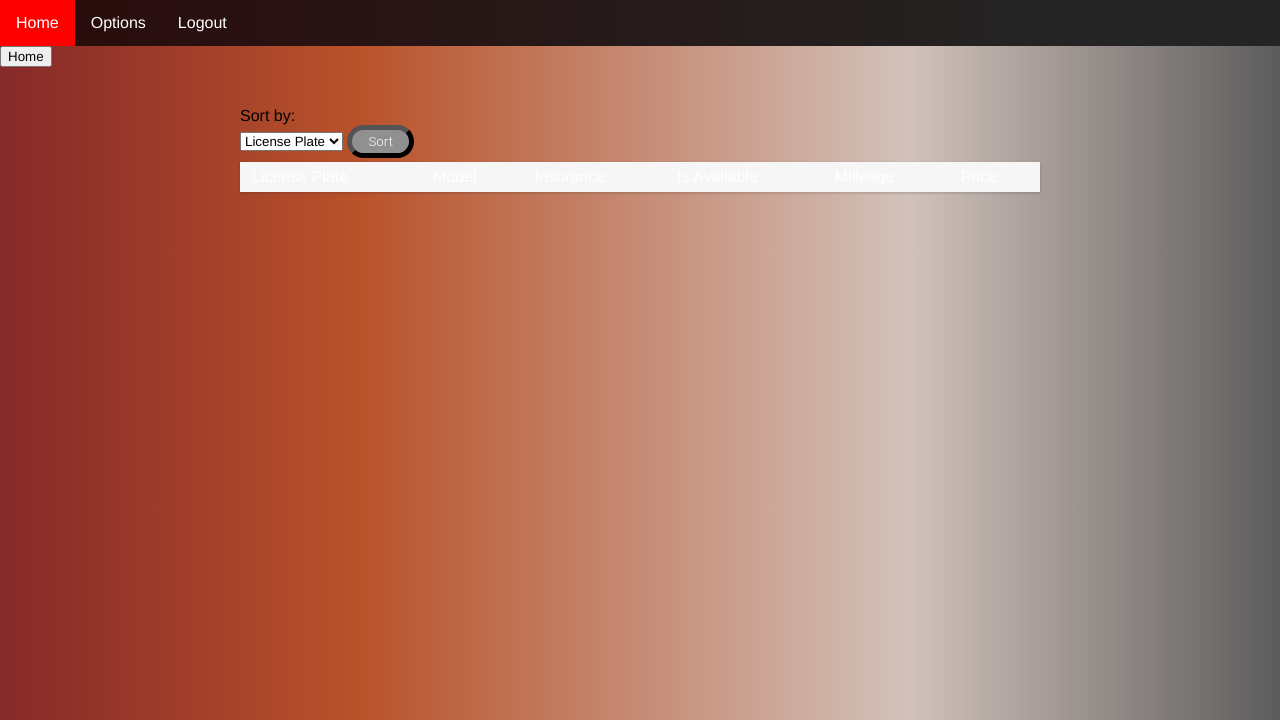
Repository: kensevv/nevexisDemos
Page: http://localhost/Car_Rental_Management_System/VehicleList.jsp
The author's editor kept a copy of each file at every save. The page is drawn from the files as they stood at one save, then again after the next save.
The browser window is 1280 px wide. The pictures show the whole page.
The page is served by Tomcat 9. Nobody is signed in. The application's start-up code is not run. Other server files are loaded and not shown. The template is opened directly, without the code that normally fills it, so the values that code supplies are empty.

Above is the page before, as saved 2021-03-25 22:52:12.

### Car_Rental_Management_System/src/main/webapp/VehicleList.jsp

<%@ page language="java" contentType="text/html; charset=UTF-8"
	pageEncoding="UTF-8"%>
<%@ taglib uri="http://java.sun.com/jsp/jstl/core" prefix="c"%>

<!DOCTYPE html>
<html>
<head>
<meta charset="ISO-8859-1">
<title>Vehicle List</title>
</head>
<body>
	<div class="navbar">
		<a href="home.jsp">Home</a>
		<div class="dropdown">
			<button class="dropbtn">
				Options <i class="fa fa-caret-down"></i>
			</button>
			<div class="dropdown-content">
				<a href="list">List All Vehicles</a>
				<a href="VehicleForm.jsp">Add new Vehicle</a>
				<a href="removeForm">Remove Vehicle</a>
				<a href="edit">Modify Vehicle</a>
			</div>
		</div>
		<a href="login.jsp">Logout</a>
	</div>
	<form action="home.jsp" class="inline">
		<button>Home</button>
	</form>
	<div class="wrapper">
		<label for="orderBy">Sort by:</label>
		<form method="get" action="list">
			<select name="orderBy" id="car">
				<option value="licPlate">License Plate</option>
				<option value="model">Model</option>
				<option value="insurance">Insurance</option>
				<option value="isAvailable">Is available</option>
				<option value="milleage">Milleage</option>
				<option value="price">Price</option>
			</select>
			<button type="submit" class="button">Sort</button>
		</form>

		<div class="table">

			<div class="row header">
				<div class="cell">License Plate</div>
				<div class="cell">Model</div>
				<div class="cell">Insurance</div>
				<div class="cell">Is Available</div>
				<div class="cell">Milleage</div>
				<div class="cell">Price</div>
			</div>
			<c:forEach var="vehicle" items="${listVehicle}">
				<div class="row">
					<div class="cell" data-title="licPlate">
						<c:out value="${vehicle.licPlate}" />
					</div>
					<div class="cell" data-title="Model">
						<c:out value="${vehicle.model}" />
					</div>
					<div class="cell" data-title="Insurance">
						<c:out value="${vehicle.insurance}" />
					</div>
					<div class="cell" data-title="Is Available">
						<c:out value="${vehicle.isAvailable}" />
					</div>
					<div class="cell" data-title="Milleage">
						<c:out value="${vehicle.milleage}" />
					</div>
					<div class="cell" data-title="Price">
						<c:out value="${vehicle.price}" />
					</div>
				</div>
			</c:forEach>
		</div>
	</div>
</body>
<style><%@include file="css/style.css"%></style>
</html>

### Car_Rental_Management_System/src/main/webapp/css/style.css
@charset "UTF-8";

body, html, div#root {height: 100%; }

body {
    font-size: 16px;
    margin: 0;
    background: rgb(134,41,41);
background: linear-gradient(90deg, rgba(134,41,41,1) 0%, rgba(185,82,42,1) 28%, rgba(210,194,187,1) 71%, rgba(92,92,92,1) 100%);
}

* {
    font-family: Helvetica, sans-serif;
}

div#root {
    display: flex;
    flex-direction: column;
}

main {
    height: 100%;
   background: rgb(134,41,41);
background: linear-gradient(90deg, rgba(134,41,41,1) 0%, rgba(185,82,42,1) 28%, rgba(210,194,187,1) 71%, rgba(92,92,92,1) 100%);
}

header {
    display: flex;
    justify-content: space-between;
    align-items: center;

    padding-left: 5%;
    padding-right: 5%;

    height: 9%;
  }

main {
    display: flex;
    justify-content: center;
    align-content: flex-start;
    flex-wrap: wrap;
}

main{
    padding: 7px;
}

.button {
	display: inline-block;
	padding: 0.3em 1.2em;
	margin: 0 0.3em 0.3em 0;
	border-radius: 2em;
	box-sizing: border-box;
	text-decoration: none;
	font-family: 'Roboto', sans-serif;
	font-weight: 300;
	color: 	white;
	background-color: 	rgb(144,144,144);
	text-align: center;
	transition: all 0.2s;
	border-width: thick;
}

.header {
	color: white;
}

.navbar {
	overflow: hidden;
	background: rgb(42,11,11);
background: linear-gradient(90deg, rgba(42,11,11,1) 0%, rgba(36,36,36,1) 83%);
}

.navbar a {
	float: left;
	font-size: 16px;
	color: white;
	text-align: center;
	padding: 14px 16px;
	text-decoration: none;
}

.dropdown {
	float: left;
	overflow: hidden;
}

.dropdown .dropbtn {
	font-size: 16px;
	border: none;
	outline: none;
	color: white;
	padding: 14px 16px;
	background-color: inherit;
	font-family: inherit;
	margin: 0;
}

.navbar a:hover, .dropdown:hover .dropbtn {
	background-color: red;
}

.dropdown-content {
	display: none;
	position: absolute;
	background-color: #f9f9f9;
	min-width: 160px;
	box-shadow: 0px 8px 16px 0px rgba(0, 0, 0, 0.2);
	z-index: 1;
}

.dropdown-content a {
	float: none;
	color: black;
	padding: 12px 16px;
	text-decoration: none;
	display: block;
	text-align: left;
}

.dropdown-content a:hover {
	background-color: #ddd;
}

.dropdown:hover .dropdown-content {
	display: block;
}

.box {
	position: absolute;
	top: 50%;
	left: 50%;
	transform: translate(-50%, -50%);
}

.box select {
	background-color: rgb(80,80,80);
	color: white;
	padding: 12px;
	width: 250px;
	border: none;
	font-size: 20px;
	box-shadow: 0 5px 25px rgba(0, 0, 0, 0.2);
	-webkit-appearance: button;
	appearance: button;
	outline: none;
}

.box select option {
	padding: 30px;
	background-color: rgb(190,190,190);
}

.wrapper {
	margin: 0 auto;
	padding: 40px;
	max-width: 800px;
}

.table {
	margin: 0 0 40px 0;
	width: 100%;
	box-shadow: 0 1px 3px rgba(0, 0, 0, 0.2);
	display: table;
}

.row {
	display: table-row;
	background: #f6f6f6;
}

.cell {
	display: none;
	margin-bottom: 10px;
	padding: 6px 12px;
	display: table-cell;
}

.modify {
	display: flex;
    flex-direction: column;
}

#modifyTitle {
	color: white;
    font-size: larger;
    font-weight: bold;
    font-style: italic;
    background-color: 	rgb(144,144,144);
}

After the next save:
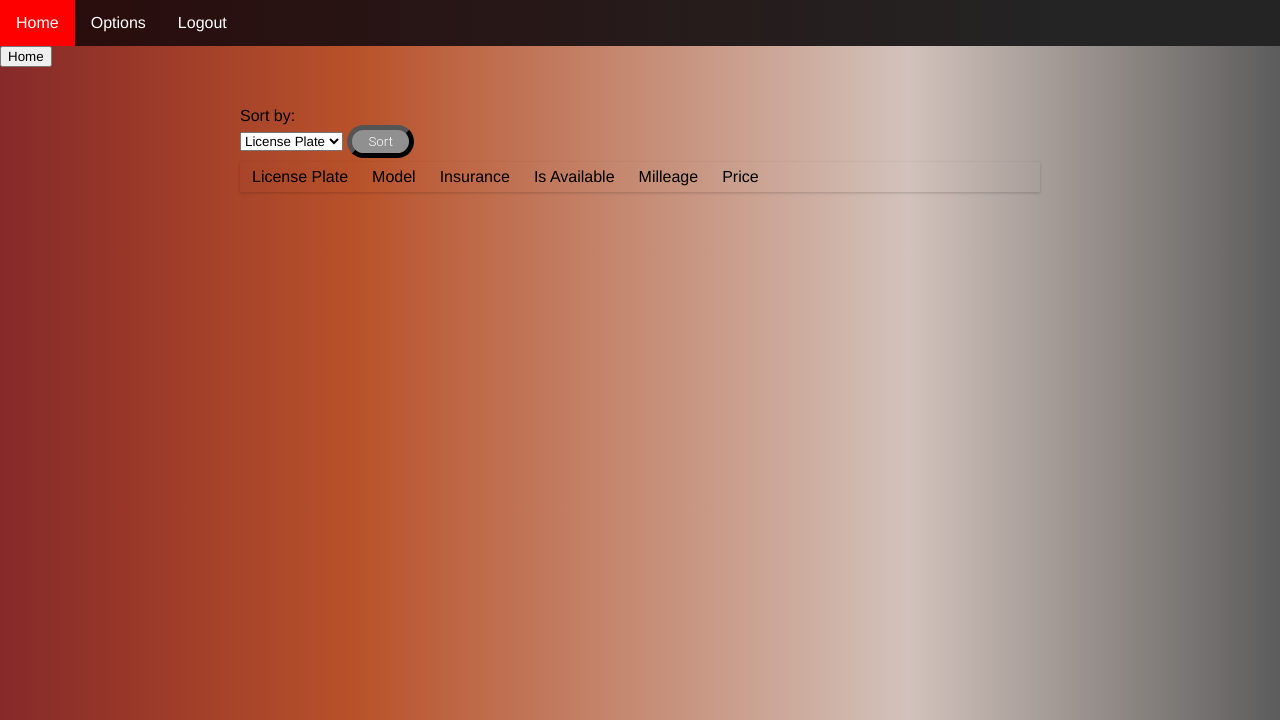
Saved 57 s later.
--- a/Car_Rental_Management_System/src/main/webapp/VehicleList.jsp
+++ b/Car_Rental_Management_System/src/main/webapp/VehicleList.jsp
@@ -44,7 +44,7 @@
 
 		<div class="table">
 
-			<div class="row header">
+			<div class="rowHeader">
 				<div class="cell">License Plate</div>
 				<div class="cell">Model</div>
 				<div class="cell">Insurance</div>
